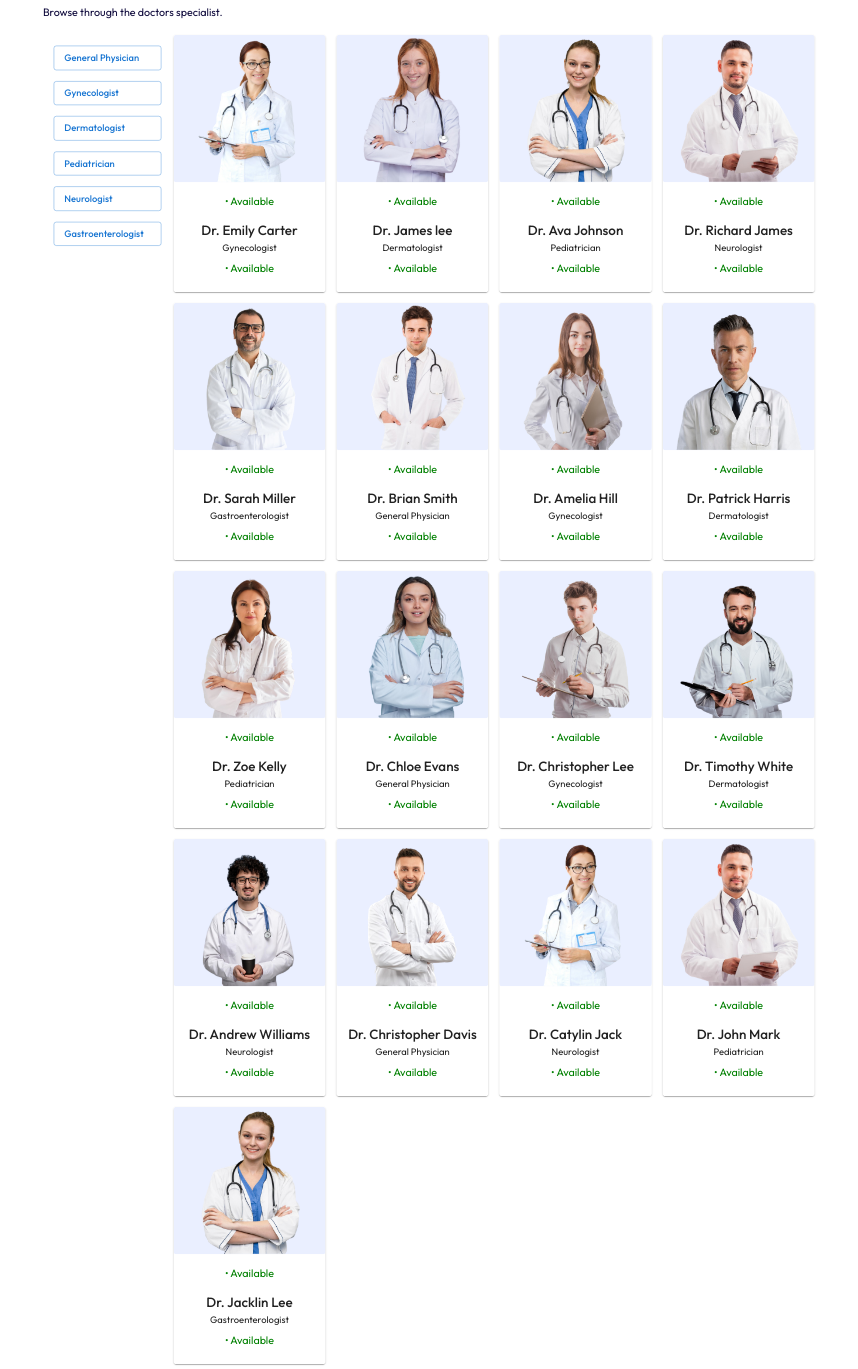
Repository: Ali-Dmerdash/DEPI_GRAD
Page: /
The author's editor kept a copy of each file at every save. The page is drawn from the files as they stood at one save, then again after the next save.
The browser window is 1280 px wide. The pictures show the whole page, at 67% of full size.
The project was rebuilt for these pictures with package versions that can differ from the ones it lists, and the page was loaded fresh each time. Also part of the build but not shown: vite.config.ts.

Above is the page before, as saved 2024-10-05 22:44:18.

After the next save:
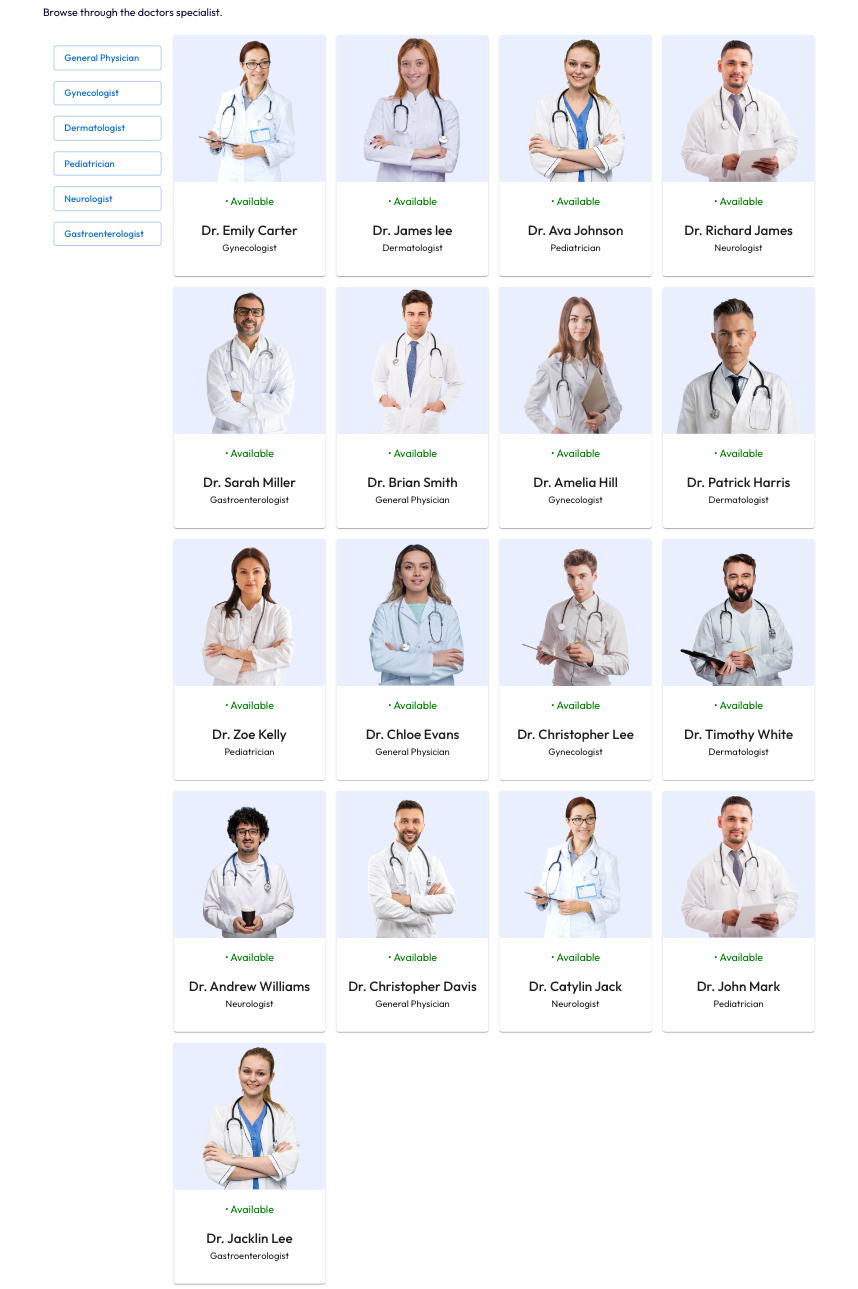
Saved 7 s later.
--- a/src/pages/doctors/index.tsx
+++ b/src/pages/doctors/index.tsx
@@ -239,11 +239,6 @@ const Doctors: React.FC = () => {
                     <Typography variant="body2" align="center" sx={{ mb: 1 }}>
                       {doctor.specialization}
                     </Typography>
-                    {doctor.available && (
-                      <Typography color="green" align="center">
-                        &bull; Available
-                      </Typography>
-                    )}
                   </CardContent>
                 </Card>
               </Grid>
